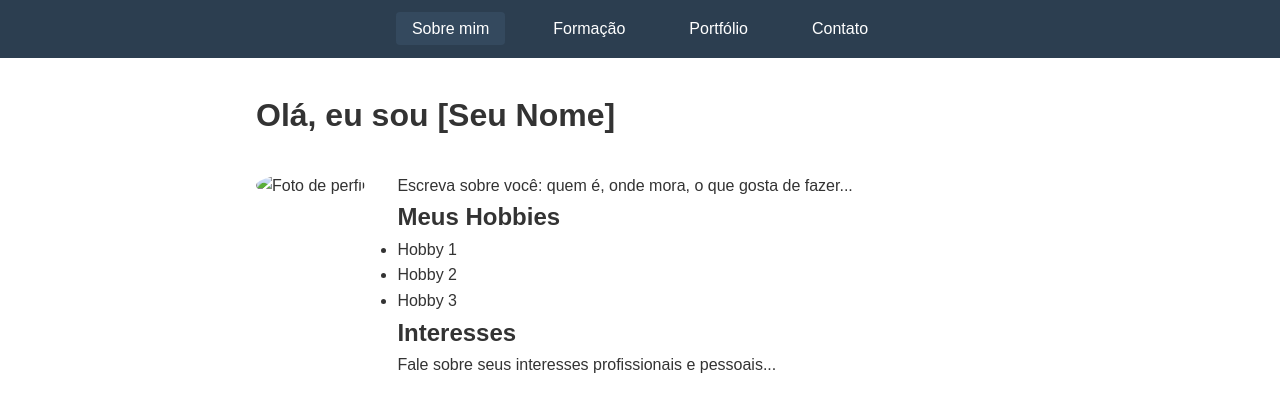
Repository: AnderHonorato/meu-portfolio
Page: index.html
An editor plug-in stored every save of this project. The page is shown before and after the next save, followed by the edit.
The browser window is 1280 px wide. The pictures show the whole page.

Above is the page before, as saved 2025-08-26 19:36:24.
Not found: img/perfil.jpg

### index.html
<!DOCTYPE html>
<html lang="pt-br">
<head>
    <meta charset="UTF-8">
    <meta name="viewport" content="width=device-width, initial-scale=1.0">
    <title>Seu Nome - Portfólio</title>
    <link rel="stylesheet" href="css/style.css">
</head>
<body>
    <!-- Menu de navegação -->
    <nav class="menu">
        <ul>
            <li><a href="index.html" class="ativo">Sobre mim</a></li>
            <li><a href="formacao.html">Formação</a></li>
            <li><a href="portfolio.html">Portfólio</a></li>
            <li><a href="contato.html">Contato</a></li>
        </ul>
    </nav>

<!-- Conteúdo principal -->
<main class="conteudo">
    <h1>Olá, eu sou [Seu Nome]</h1>
    <div class="sobre-container">
        <div class="foto-perfil">
            <!-- Adicione sua foto se tiver -->
            <img src="img/perfil.jpg" alt="Foto de perfil">
        </div>
        <div class="texto-sobre">
            <p>Escreva sobre você: quem é, onde mora, o que gosta de fazer...</p>

            <h2>Meus Hobbies</h2>
            <ul>
                <li>Hobby 1</li>
                <li>Hobby 2</li>
                <li>Hobby 3</li>
            </ul>

            <h2>Interesses</h2>
            <p>Fale sobre seus interesses profissionais e pessoais...</p>
        </div>
    </div>
</main>
</body>
</html>

### css/style.css
/* Reset básico */
* {
    margin: 0;
    padding: 0;
    box-sizing: border-box;
}

/* Estilo do corpo */
body {
    font-family: Arial, sans-serif;
    line-height: 1.6;
    color: #333;
}

/* Menu de navegação */
.menu {
    background-color: #2c3e50;
    padding: 1rem 0;
    position: sticky;
    top: 0;
}

.menu ul {
    list-style: none;
    display: flex;
    justify-content: center;
    gap: 2rem;
}

.menu a {
    color: white;
    text-decoration: none;
    padding: 0.5rem 1rem;
    border-radius: 4px;
    transition: background-color 0.3s;
}

.menu a:hover,
.menu a.ativo {
    background-color: #34495e;
}

/* Conteúdo principal */
.conteudo {
    max-width: 800px;
    margin: 2rem auto;
    padding: 0 1rem;
}

/* Estilos para página Sobre */
.sobre-container {
    display: flex;
    gap: 2rem;
    margin-top: 2rem;
    flex-wrap: wrap;
}

.foto-perfil img {
    width: 200px;
    height: 200px;
    border-radius: 50%;
    object-fit: cover;
}

.texto-sobre {
    flex: 1;
    min-width: 300px;
}

/* Estilos para Formação */
.formacao-secao {
    margin-bottom: 3rem;
}

.item-formacao {
    background-color: #f4f4f4;
    padding: 1.5rem;
    border-radius: 8px;
    margin-bottom: 1rem;
}

.lista-idiomas {
    list-style: none;
}

.lista-idiomas li {
    padding: 0.5rem 0;
    border-bottom: 1px solid #eee;
}

/* Estilos para Portfólio */
.projetos-grid {
    display: grid;
    grid-template-columns: repeat(auto-fit, minmax(300px, 1fr));
    gap: 2rem;
    margin-bottom: 3rem;
}

.projeto-item {
    background-color: #f9f9f9;
    padding: 1.5rem;
    border-radius: 8px;
    box-shadow: 0 2px 4px rgba(0,0,0,0.1);
}

.projeto-item a {
    color: #2c3e50;
    text-decoration: none;
    font-weight: bold;
}

/* Estilos para Contato */
.contato-container {
    display: grid;
    grid-template-columns: 2fr 1fr;
    gap: 3rem;
    margin-top: 2rem;
}

.form-contato {
    display: flex;
    flex-direction: column;
    gap: 1rem;
}

.campo {
    display: flex;
    flex-direction: column;
}

.campo label {
    margin-bottom: 0.5rem;
    font-weight: bold;
}

.campo input,
.campo textarea {
    padding: 0.8rem;
    border: 1px solid #ddd;
    border-radius: 4px;
    font-size: 1rem;
}

.form-contato button {
    background-color: #2c3e50;
    color: white;
    padding: 1rem;
    border: none;
    border-radius: 4px;
    cursor: pointer;
    font-size: 1rem;
}

.form-contato button:hover {
    background-color: #34495e;
}

/* Responsividade */
@media (max-width: 768px) {
    .menu ul {
        flex-direction: column;
        gap: 0;
    }

    .sobre-container {
        flex-direction: column;
        text-align: center;
    }

    .contato-container {
        grid-template-columns: 1fr;
    }
}

After the next save:
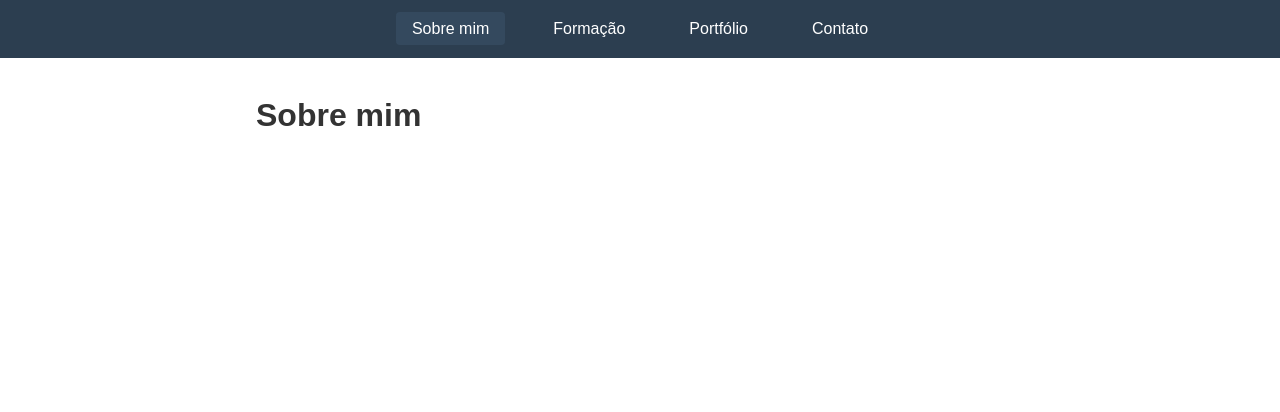
Saved 2 min 34 s later.
--- a/index.html
+++ b/index.html
@@ -17,28 +17,10 @@
         </ul>
     </nav>
 
-<!-- Conteúdo principal -->
-<main class="conteudo">
-    <h1>Olá, eu sou [Seu Nome]</h1>
-    <div class="sobre-container">
-        <div class="foto-perfil">
-            <!-- Adicione sua foto se tiver -->
-            <img src="img/perfil.jpg" alt="Foto de perfil">
-        </div>
-        <div class="texto-sobre">
-            <p>Escreva sobre você: quem é, onde mora, o que gosta de fazer...</p>
-
-            <h2>Meus Hobbies</h2>
-            <ul>
-                <li>Hobby 1</li>
-                <li>Hobby 2</li>
-                <li>Hobby 3</li>
-            </ul>
-
-            <h2>Interesses</h2>
-            <p>Fale sobre seus interesses profissionais e pessoais...</p>
-        </div>
-    </div>
-</main>
+    <!-- Conteúdo principal -->
+    <main class="conteudo">
+        <h1>Sobre mim</h1>
+        <!-- Seu conteúdo aqui -->
+    </main>
 </body>
 </html>
